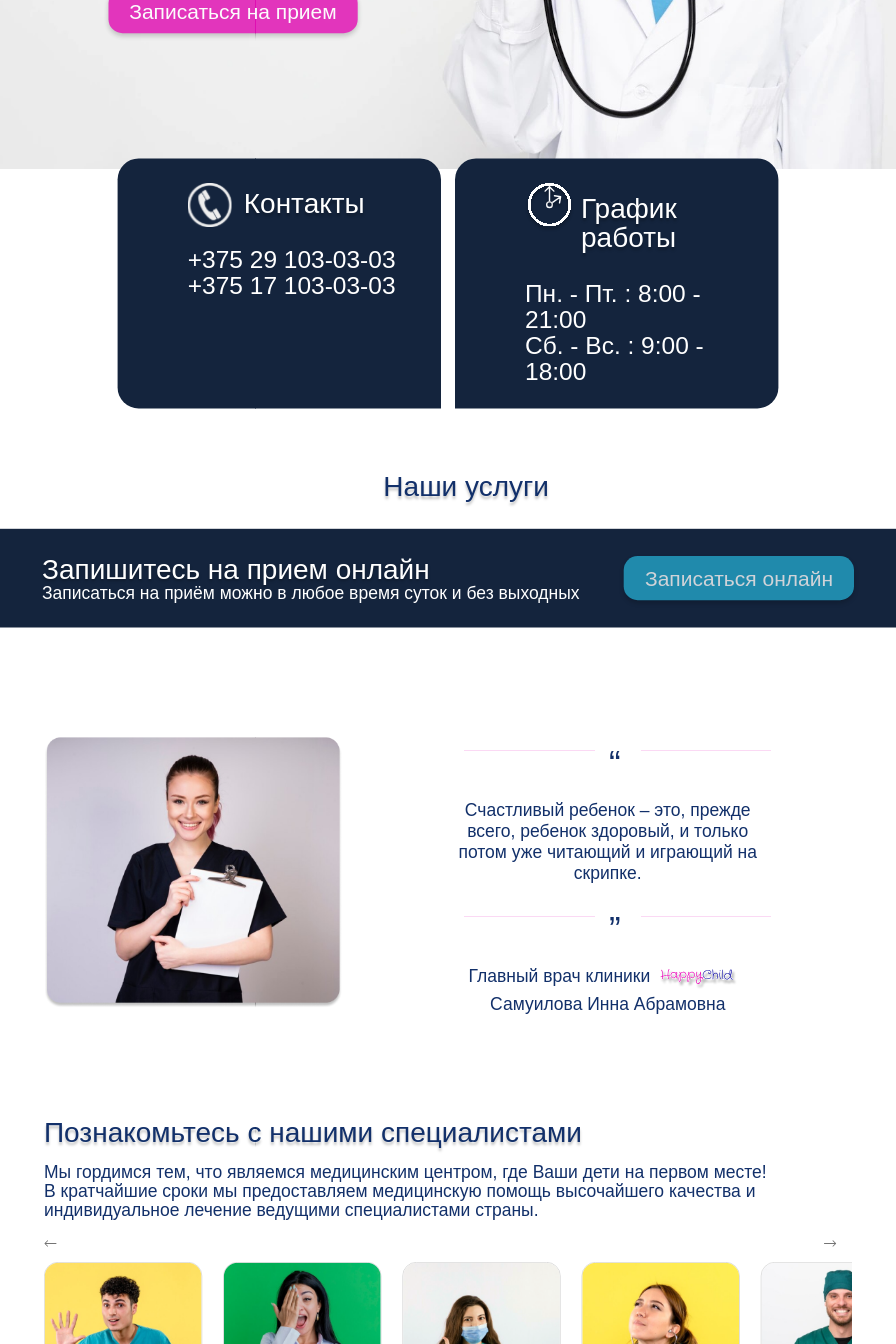
Repository: Normandy72/Landing-Page-Happy-Child
Page: index.html
These files come from the project's save history. The page is drawn as it stood at one moment and after the next save; the edit follows.
The browser window is 1280 px wide. The pictures show the part of the page from y = 508 to 2428 px (the page is 5899 px tall before and 5520 px after), at 70% of full size.
The page's requests for data from a server got no answer. Some web fonts or font styles are not loaded; a fallback is used.

Above is the page before, as saved 2022-12-06 10:18:16.

### index.html
<!DOCTYPE html>
<html lang="en">
<head>
    <meta charset="UTF-8">
    <meta http-equiv="X-UA-Compatible" content="IE=edge">
    <meta name="viewport" content="width=device-width, initial-scale=1.0">
    <link href="https://fonts.googleapis.com/css2?family=Neucha&display=swap" rel="stylesheet">
    <link href="https://fonts.googleapis.com/css2?family=Coustard:wght@400;900&display=swap" rel="stylesheet">
    <link rel="icon" href="resources/icon/stethoscope.ico" sizes="16x16">
    <link rel="icon" href="resources/icon/stethoscope.ico" sizes="32x32">
    <link rel="icon" href="resources/icon/stethoscope.ico" sizes="64x64">
    <link rel="stylesheet" href="styles/main.css">
    <title>Happy Child</title>
</head>

<body>
    <header>
        <div class="wrapper layout-3-columns">
            <a href="#main">
                <div class="header__logo"></div>
            </a>
            <nav class="header__navigation">
                <a class = "navigation__link" href="#main">Главная</a>
                <a class = "navigation__link" href="#service">Услуги</a>
                <a class = "navigation__link" href="#doctors">Врачи</a>
                <a class = "navigation__link" href="#news">Новости</a>
                <a class = "navigation__link" href="#appointment">Запись на прием</a>
                <a class = "navigation__link" href="#contacts">Контакты</a>
            </nav>
            <a href="tel: +375291030303">
                <div class="header__phone"></div>
            </a>
        </div>
    </header>

    <main>
        <section class="section__main">
            <div class="wrapper">
                <div class="main__text" id="main">
                    <div class="main__logo"></div>
                    <h1>Медицинский центр для детей</h1>
                    <h6>только актуальные рекомендации, основанные на доказательствах</h6>
                    <button class="button button_accented" data-modal>Записаться на прием</button>
                </div>
            </div>
        </section>

        <section class="section__information wrapper">
            <div class="information__block block__phone">
                <div class="block__icon"></div>
                <h2>Контакты</h2>
                <h3>+375 29 103-03-03</h3>
                <h3>+375 17 103-03-03</h3>
            </div>
            <div class="information__block block__shedule" id="service">
                <div class="block__icon"></div>
                <h2>График работы</h2>
                <h3>Пн. - Пт. :    8:00 - 21:00</h3>
                <h3>Сб. - Вс. :    9:00 - 18:00</h3>
            </div>
        </section>

        <section class="section__services">
            <div class="wrapper">
                <h2 class="heading_dark">Наши услуги</h2>
                <div class="divider"></div>
                <div class="services__cards layout-3-columns"></div>
                <!-- <div class="services__cards layout-3-columns">
                    <div class="services__card">
                        <img src="resources/img/services/pediatria.png" alt="pediatria">
                        <h4>Педиатрия</h4>
                    </div>

                    <div class="services__card">
                        <img src="resources/img/services/pulmo.png" alt="pulmo">
                        <h4>Пульмонология</h4>
                    </div>

                    <div class="services__card">
                        <img src="resources/img/services/cardio.png" alt="cardio">
                        <h4>Кардиология</h4>
                    </div>
                </div>

                <div class="services__cards layout-3-columns">
                    <div class="services__card">
                        <img src="resources/img/services/lor.png" alt="lor">
                        <h4>Оториноларингология</h4>
                    </div>

                    <div class="services__card">
                        <img src="resources/img/services/allergo.png" alt="allergo">
                        <h4>Аллергология</h4>
                    </div>

                    <div class="services__card">
                        <img src="resources/img/services/surgery.png" alt="surgery">
                        <h4>Хирургия</h4>
                    </div>
                </div>

                <div class="services__cards layout-3-columns">
                    <div class="services__card">
                        <img src="resources/img/services/neuro.png" alt="neuro">
                        <h4>Неврология</h4>
                    </div>

                    <div class="services__card">
                        <img src="resources/img/services/endocryn.png" alt="endocryn">
                        <h4>Эндокринология</h4>
                    </div>

                    <div class="services__card">
                        <img src="resources/img/services/ophtalm.png" alt="ophtalm">
                        <h4>Офтальмология</h4>
                    </div>
                </div>

                <div class="services__cards layout-3-columns">
                    <div class="services__card">
                        <img src="resources/img/services/vaccination.png" alt="vaccination">
                        <h4>Вакцинация</h4>
                    </div>

                    <div class="services__card">
                        <img src="resources/img/services/usd.png" alt="usd">
                        <h4>УЗ-диагностика</h4>
                    </div>

                    <div class="services__card">
                        <img src="resources/img/services/stayhome.png" alt="stayhome">
                        <h4>Вызов врача на дом</h4>
                    </div>
                </div>                 -->
            </div>
        </section>

        <section class="section__addition" id="doctors">
            <div class="wrapper addition__info layout-2-columns">
                <div class="addition__text">
                    <h2>Запишитесь на прием онлайн</h2>
                    <h5>Записаться на приём можно в любое время суток и без выходных</h5>
                </div>
                <button class="button button_standart" data-modal>Записаться онлайн</button>
            </div>
        </section>

        <section class="wrapper section__chief layout-2-columns">
            <div class="chief__foto"></div>
            <div class="chief__text">
                <div class="text__lines">
                    <div class="lines__line"></div>
                    <p>“</p>
                    <div class="lines__line"></div>
                </div>
                <h5>Счастливый ребенок – это, прежде всего, ребенок здоровый, и только потом уже читающий
                и играющий на скрипке.</h5>
                <div class="text__lines">
                    <div class="lines__line"></div>
                    <p>”</p>
                    <div class="lines__line"></div>
                </div>
                <div class="chief__signature">
                    <h5>Главный врач клиники</h5>
                    <img class="chief__logo" src="resources/icon/HappyChild_small.svg" alt="logo"></img>
                </div>
                <h5>Самуилова Инна Абрамовна</h5>
            </div>
        </section>

        <section class="wrapper section__doctors">
            <h2>Познакомьтесь с нашими специалистами</h2>
            <h5>Мы гордимся тем, что являемся медицинским центром, где Ваши дети на первом месте!</h5>
            <h5>В кратчайшие сроки мы предоставляем медицинскую помощь высочайшего качества и индивидуальное лечение ведущими специалистами страны.</h5>
            <div class="doctors__arrows">
                <div class="arrow_left"></div>
                <div class="arrow_rigth"></div>
            </div>
            <div class="doctors__cards" id="news">
                <div class="doctors__card">
                    <img src="resources/img/doctors/ivanov1.png" alt="ivanov1">
                    <h5>Иванов Илья Денисович</h5>
                    <h6>Врач-оториноларинголог</h6>
                </div>

                <div class="doctors__card">
                    <img src="resources/img/doctors/stanina1.png" alt="stanina1">
                    <h5>Станина Александра Ивановна</h5>
                    <h6>Врач-офтальмолог</h6>
                </div>

                <div class="doctors__card">
                    <img src="resources/img/doctors/tkachenko1.png" alt="tkachenko1">
                    <h5>Ткаченко Антонина Львовна</h5>
                    <h6>Врач-невролог</h6>
                </div>

                <div class="doctors__card">
                    <img src="resources/img/doctors/savenko1.png" alt="savenko1">
                    <h5>Савенко Алина Викторовна</h5>
                    <h6>Врач-педиатр</h6>
                </div>

                <div class="doctors__card">
                    <img src="resources/img/doctors/krotov1.png" alt="krotov1">
                    <h5>Кротов Алексей Геннадьевич</h5>
                    <h6>Врач-хирург</h6>
                </div>

                <div class="doctors__card">
                    <img src="resources/img/doctors/karpovich1.png" alt="karpovich1">
                    <h5>Карпович Анна Игоревна</h5>
                    <h6>Врач-кардиолог</h6>
                </div>

                <div class="doctors__card">
                    <img src="resources/img/doctors/akulich1.png" alt="akulich1">
                    <h5>Акулич Олег Васильевич</h5>
                    <h6>Врач-эндокринолог</h6>
                </div>

                <div class="doctors__card">
                    <img src="resources/img/doctors/astapenko1.png" alt="astapenko1">
                    <h5>Астапенко Ирина Эдуардовна</h5>
                    <h6>Врач УЗ-диагностики</h6>
                </div>
            </div>
        </section>

        <section>
            <div class="wrapper section__news">
                <h2>Новости</h2>
                <div class="news__cards">
                    <div class="news__card layout-2-columns">
                        <div class="news-card__info">
                            <h6>25. 07. 2022   15 : 00</h6>
                            <h4>Всемирный день здоровья полости рта</h4>
                            <h6>Взрослея, организм ребенка испытывает множество изменений. В честь Всемирного дня здоровья полости рта наши стоматологи расскажут родителям и детям, как заботиться о зубах и деснах в разных возрастных периодах, какие средства использовать, чтобы смена молочных зубов прошла легко и безболезненно, и еще много-много полезного!</h6>
                            <a href="#">Подробнее...</a>
                        </div>
                        <img src="resources/img/news/news1.png" alt="news1">
                    </div>
                </div>

                <div class="news__cards">
                    <div class="news__card layout-2-columns">
                        <div class="news-card__info">
                            <h6>27. 07. 2022   13 : 30</h6>
                            <h4>Европейская неделя иммунизации</h4>
                            <h6>Знаете ли Вы, что иммунизация является единственным и надежным способом борьбы с эпидемиологическими заболеваниями, такими как корь, полиомиелит, эпидемический паротит и др.? В рамках Европейской недели иммунизации врач-педиатр Савенко Алина Викторовна познакомит Вас с текущим календарем профилактических прививок и ответит на все волнующие Вас вопросы! </h6>
                            <a href="#">Подробнее...</a>
                        </div>
                        <img src="resources/img/news/news2.png" alt="news1">
                    </div>
                </div>

                <div class="news__cards">
                    <div class="news__card layout-2-columns">
                        <div class="news-card__info">
                            <h6>28. 07. 2022    16 : 00</h6>
                            <h4>Международный день офтальмологии</h4>
                            <h6>Ухудшение зрения может лишить человека возможности заниматься любимым делом. Хорошо, что современная офтальмология обладает широкими возможностями для лечения многих заболеваний глаз.  Приходите к нам в Международный день офтальмологии и узнайте, что рекомендуют специалисты для профилактии заболеваний глаз.</h6>
                            <a href="#">Подробнее...</a>
                        </div>
                        <img src="resources/img/news/news3.png" alt="news1">
                    </div>
                </div>
            </div>
        </section>

        <section class="section__addition" id="appointment">
            <div class="wrapper addition__info layout-2-columns">
                <div class="addition__text">
                    <h2>Подпишитесь на рассылку</h2>
                    <h5>Будьте в курсе новостей !</h5>
                </div>
                <form class="addition__form">
                    <input class = "addition__input" type="text" value="Email">
                    <button class="button button_standart">Подписаться</button>
                </form>
            </div>
        </section>

        <section class="wrapper section__callback layout-2-columns">
            <div class="callback__form modal__dialog">
                <h2>Остались вопросы?</h2>
                <h5>Оставьте заявку, мы Вам перезвоним!</h5>
                <form action="">
                    <input class="callback__input" type="text" value="Ваше имя">
			        <input class="callback__input" type="tel" placeholder="Номер телефона" required>
			        <select class="callback__input" name="menu" size="1">
				        <option>Желаемая услуга</option>
				        <option value="ped">Педиатрия</option>
				        <option value="pulmo">Пульмонология</option>
				        <option value="cardio">Кардиология</option>
				        <option value="lor">Оториноларингология</option>
				        <option value="allergo">Аллергология</option>
				        <option value="surg">Хирургия</option>
				        <option value="neuro">Неврология</option>
				        <option value="endocryn">Эндокринология</option>
				        <option value="ophtalm">Офтальмология</option>
				        <option value="vaccin">Вакцинация</option>
				        <option value="usd">УЗ-диагностика</option>
				        <option value="stayhome">Вызов врача на дом</option>
			        </select>
			        <input class="callback__input" type="date" value="2022-01-01" min="2022-01-01" max="2022-12-31">
                    <label class="callback__checkbox">
                        <input type="checkbox">
                        Я даю согласие на хранение и обработку персональных данных
                    </label>
			        <button class="button button_standart">Оставить заявку</button>
                </form>
            </div>
            <div class="callback__photo"></div>
        </section>

        <section class="wrapper section__contacts" id="contacts">
            <h2>Ждем Вас в нашем центре !</h2>
            <div class="layout-2-columns">
                <div class="contacts__info">
                    <h3>Контакты</h3>
                    <h6>Мы находимся по адресу:</h6>
                    <h4>г. Минск, ул. Матусевича, 70</h4>
                    <h6>Связаться с нами:</h6>
                    <h4>+375 29 103-03-03</h4>
                    <h4>+375 17 103-03-03</h4>
                    <h6>Мы в социальных сетях:</h6>
                    <div class="contacts__social">
                        <a href="https://www.instagram.com/" target="_blank">
                            <img src="resources/icon/instagram.svg" alt="instagram">
                        </a>
                        <a href="https://telegram.org/" target="_blank">
                            <img src="resources/icon/telegram.svg" alt="telegram">
                        </a>
                        <a href="https://www.facebook.com/" target="_blank">
                            <img src="resources/icon/facebook.svg" alt="facebook">
                        </a>
                    </div>
                </div>
                <div class="contacts__map">
                    <iframe src="https://www.google.com/maps/embed?pb=!1m18!1m12!1m3!1d2349.762263760085!2d27.45258099084052!3d53.918200355636046!2m3!1f0!2f0!3f0!3m2!1i1024!2i768!4f13.1!3m3!1m2!1s0x46dbc52f35b245d3%3A0x98f1d72de22c93c4!2z0YPQu9C40YbQsCDQnNCw0YLRg9GB0LXQstC40YfQsCA3MCwg0JzQuNC90YHQug!5e0!3m2!1sru!2sby!4v1668282275086!5m2!1sru!2sby" width="700" height="400" style="border:0;" allowfullscreen="" loading="lazy" referrerpolicy="no-referrer-when-downgrade"></iframe>
                </div>
            </div>
        </section>
    </main>

    <footer>
        <div class="wrapper">
            <h6>ООО “HappyChild” © 2022</h6>
            <a href="#" target="_blank">Политика конфиденциальности</a>
        </div>
    </footer>

    <!-- Modal window -->
    <div class= "modal__window hide">
        <div class="callback__form">
            <div class="modal__close" data-close></div>
            <h5>Оставьте заявку, мы Вам перезвоним!</h5>
            <form action="">
                <input class="callback__input" type="text" value="Ваше имя">
                <input class="callback__input" type="tel" placeholder="Номер телефона" required>
                <select class="callback__input" name="menu" size="1">
                    <option>Желаемая услуга</option>
                    <option value="ped">Педиатрия</option>
                    <option value="pulmo">Пульмонология</option>
                    <option value="cardio">Кардиология</option>
                    <option value="lor">Оториноларингология</option>
                    <option value="allergo">Аллергология</option>
                    <option value="surg">Хирургия</option>
                    <option value="neuro">Неврология</option>
                    <option value="endocryn">Эндокринология</option>
                    <option value="ophtalm">Офтальмология</option>
                    <option value="vaccin">Вакцинация</option>
                    <option value="usd">УЗ-диагностика</option>
                     <option value="stayhome">Вызов врача на дом</option>
                </select>
                <input class="callback__input" type="date" value="2022-01-01" min="2022-01-01" max="2022-12-31">
                <label class="callback__checkbox">
                    <input type="checkbox">
                    Я даю согласие на хранение и обработку персональных данных
                </label>
                <button class="button button_standart">Оставить заявку</button>
            </form>
        </div>
    </div>

    <script src="js/script.js"></script>
</body>
</html>

### styles/main.css
@import url(base.css);
@import url(buttons.css);
@import url(footer.css);
@import url(forms.css);
@import url(header.css);
@import url(headings.css);
@import url(layouts.css);
@import url(links.css);
@import url(modal_window.css);
@import url(section_addition.css);
@import url(section_callback.css);
@import url(section_chief.css);
@import url(section_contacts.css);
@import url(section_doctors.css);
@import url(section_information.css);
@import url(section_main.css);
@import url(section_news.css);
@import url(section_services.css);
@import url(variables.css);

### styles/base.css
*{
    margin: 0;
    padding: 0;
    box-sizing: border-box;
}

html{
    scroll-behavior: smooth;
}

body{
    font-family: var(--main-font);
    color: var(--text-dark-color);
}

.wrapper{
    max-width: 1180px;
    min-width: 480px;
    padding: 0 1%;
    margin: auto;
}

.divider{
    width: 100%;
}

### styles/buttons.css
.button{
    border-radius: 20px;
    border: none;
    filter: drop-shadow(0px 4px 4px rgba(0, 0, 0, 0.25));
    padding: 15px 30px;
    opacity: 0.8;

    font-family: var(--main-font);
    font-style: normal;
    font-weight: 400;
    font-size: var(--buttons-font-size);
    line-height: 33px;
    display: flex;
    align-items: center;
    text-align: center;
    color: var(--buttons-text-color);
}

.button_accented{
    background-color: var(--accented-button-color);
}

.button_standart{
    background-color: var(--standart-button-color);
}

.button:hover{
    cursor: pointer;
    opacity: 1;
}

### styles/footer.css
footer{
    width: 100%;
    background-color: var(--footer-color);
    padding: 10px 0;
}

footer h6{
    display: inline;
    color: var(--text-ligth-color);
    padding-right: 40px;
}

### styles/layouts.css
.layout-3-columns{
    display: flex;
    align-items: center;
    justify-content: space-between;
    flex-wrap: wrap;
    flex-basis: 33%;
}

.layout-2-columns{
    display: flex;
    align-items: center;
    justify-content: space-between;
    flex-wrap: wrap;
    flex-basis: 45%;
}

### styles/links.css
a{
    text-decoration: none;
    color: var(--main-links-color);
    text-shadow: var(--shadow);
    font-size: var(--main-links-font-size);
}

a:hover{
    cursor: pointer;
    color: var(--main-links-hover-color);
    transition: var(--transition);
}

.news__card a{
    color: var(--second-link-color);
    font-size: var(--second-links-font-size);
}

.news__card a:hover{
    color: var(--second-link-hover-color);
}

footer a{
    font-size: var(--second-links-font-size);
}

footer a:hover{
    color: var(--second-link-hover-color);
}

### styles/section_addition.css
.section__addition{
    color: var(--text-ligth-color);
    background-color: var(--added-blocks-color);
}

.addition__info{
    padding: 36px 10px;
}

### styles/section_callback.css
.section__callback{
    padding: 142px 0 170px;
}

.callback__form h2{
    padding-bottom: 10px;
}

.callback__form h5{
    padding-bottom: 20px;
}

.callback__photo{
    width: 472.32px;
    height: 507.09px;
    background-image: url(../resources/img/doctor_call.png);
    background-size: contain;
    background-repeat: no-repeat;
}

Loaded but not shown: js/script.js (144 lines, source omitted); styles/variables.css (50 lines, source omitted); styles/section_doctors.css (65 lines, source omitted); styles/section_chief.css (64 lines, source omitted); styles/section_news.css (55 lines, source omitted); styles/forms.css (51 lines, source omitted); styles/section_information.css (44 lines, source omitted); styles/header.css (42 lines, source omitted); styles/section_services.css (37 lines, source omitted); styles/section_contacts.css (46 lines, source omitted); styles/headings.css (42 lines, source omitted); styles/section_main.css (33 lines, source omitted); styles/modal_window.css (36 lines, source omitted)

After the next save:
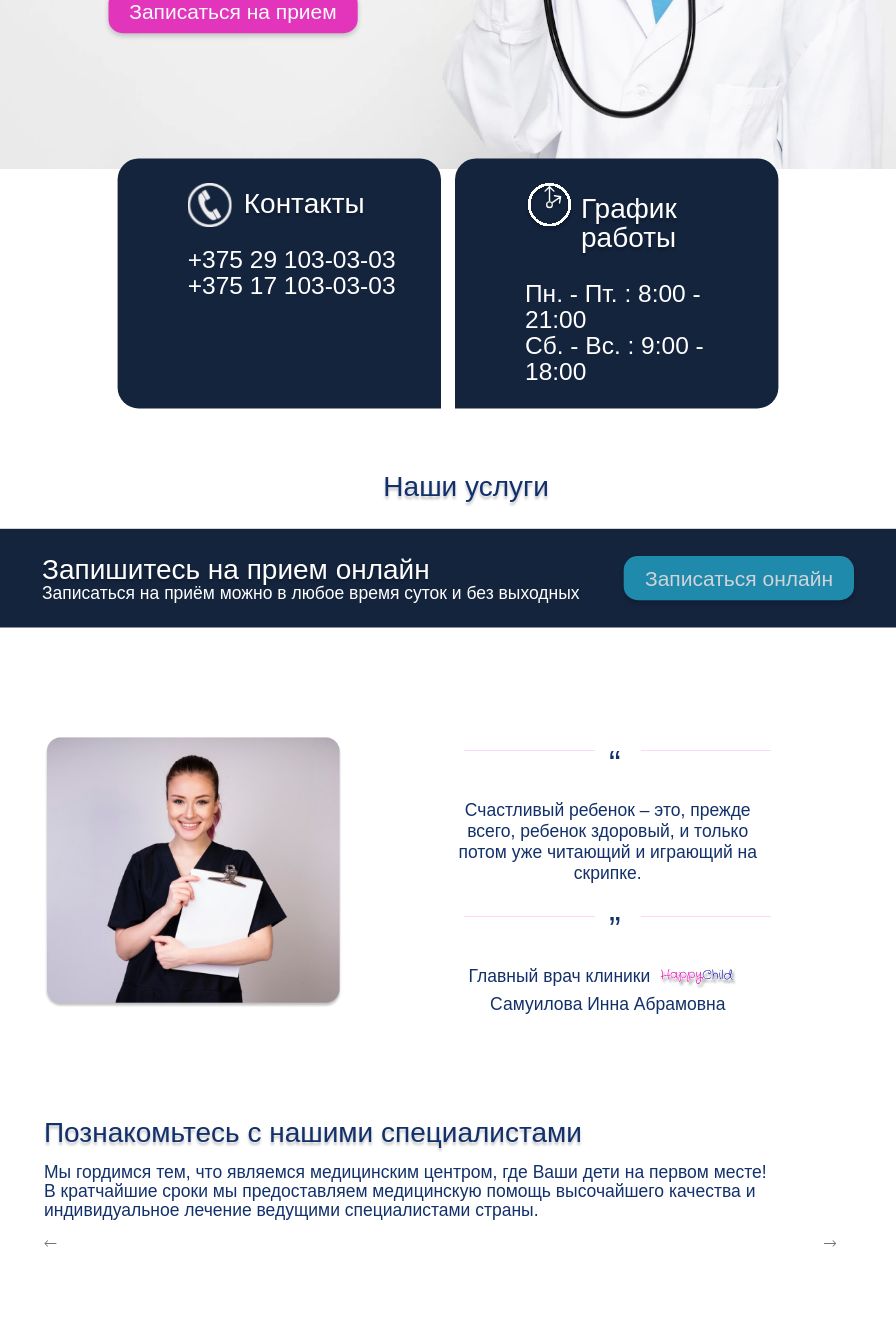
Saved 19 s later.
--- a/index.html
+++ b/index.html
@@ -177,7 +177,7 @@
                 <div class="arrow_rigth"></div>
             </div>
             <div class="doctors__cards" id="news">
-                <div class="doctors__card">
+                <!-- <div class="doctors__card">
                     <img src="resources/img/doctors/ivanov1.png" alt="ivanov1">
                     <h5>Иванов Илья Денисович</h5>
                     <h6>Врач-оториноларинголог</h6>
@@ -223,7 +223,7 @@
                     <img src="resources/img/doctors/astapenko1.png" alt="astapenko1">
                     <h5>Астапенко Ирина Эдуардовна</h5>
                     <h6>Врач УЗ-диагностики</h6>
-                </div>
+                </div> -->
             </div>
         </section>
 
